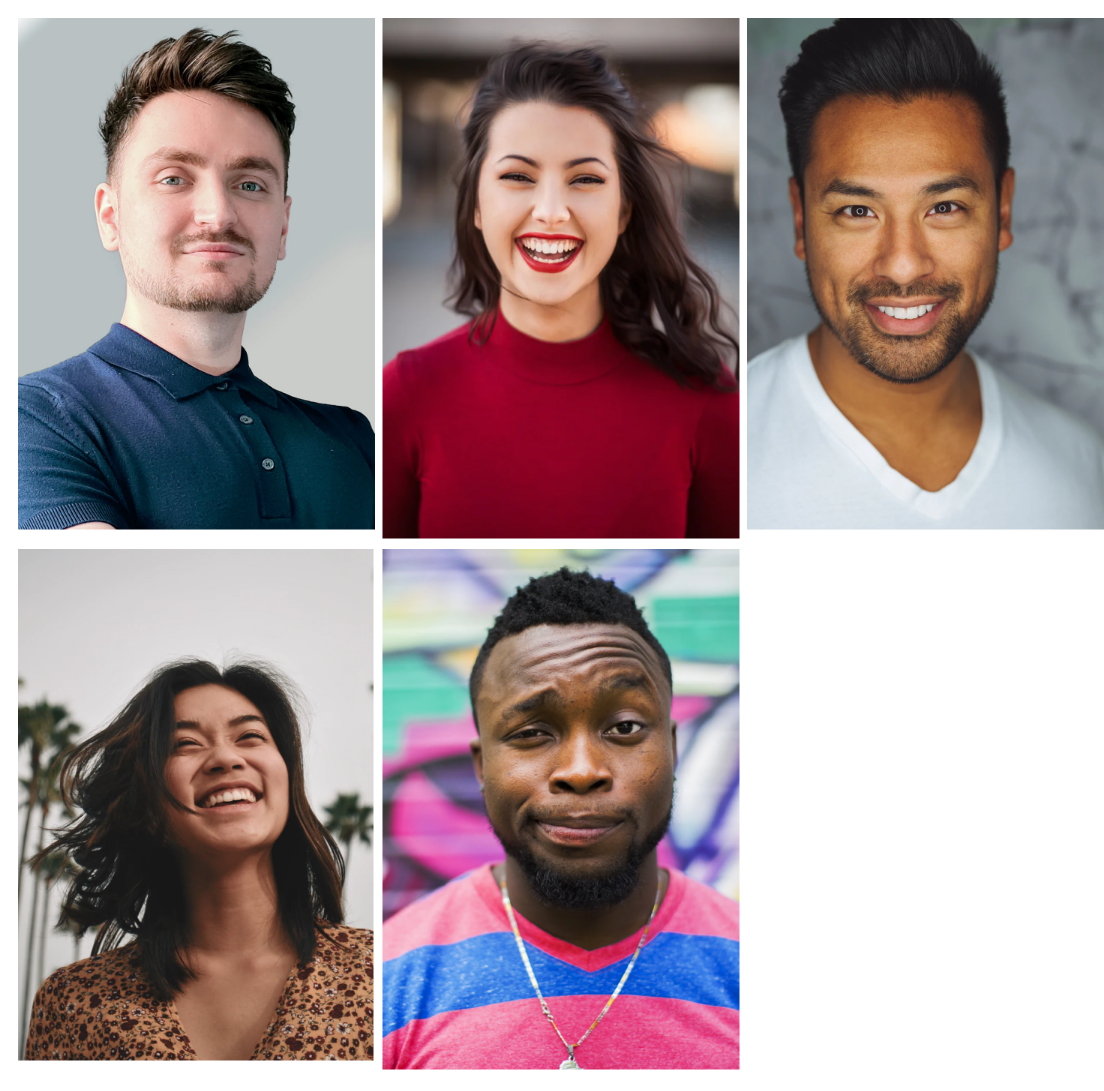
Repository: georgisenze/my-team-page-challeng
Page: index.html
An editor plug-in stored every save of this project. The page is shown before and after the next save, followed by the edit.
The browser window is 1280 px wide. The page is 1472 px wide, so the pictures cover 1472 px, including what lies to the right of the window. The pictures show the whole page, at 75% of full size.

Above is the page before, as saved 2023-02-22 21:51:48.

After the next save:
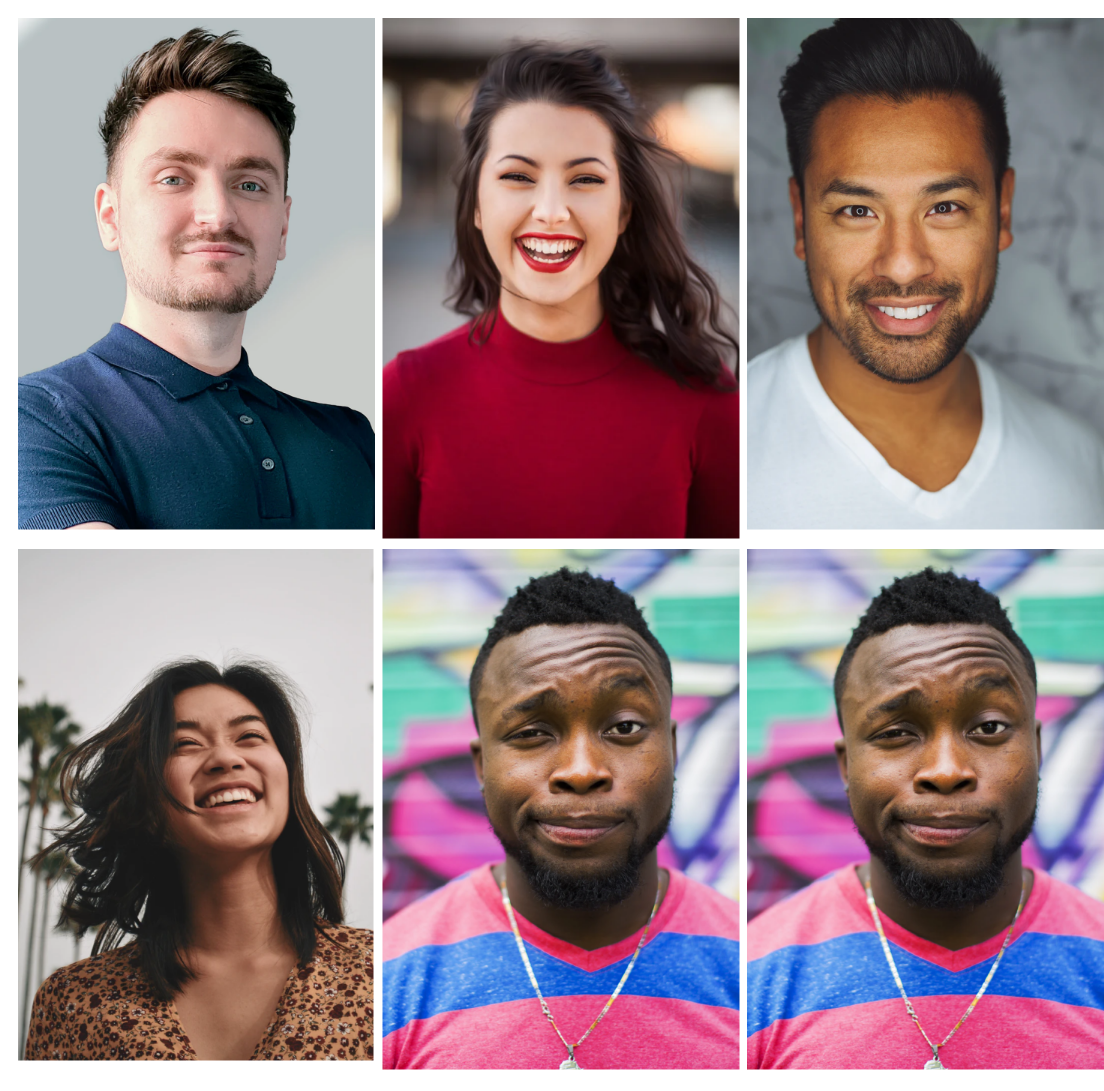
Saved 25 s later.
--- a/index.html
+++ b/index.html
@@ -25,6 +25,9 @@
         <div class="box">
             <img src="assets/img/photo5.png" alt="">
         </div>
+        <div class="box">
+            <img src="assets/img/photo5.png" alt="">
+        </div>
       </div>
 </body>
 </html>
